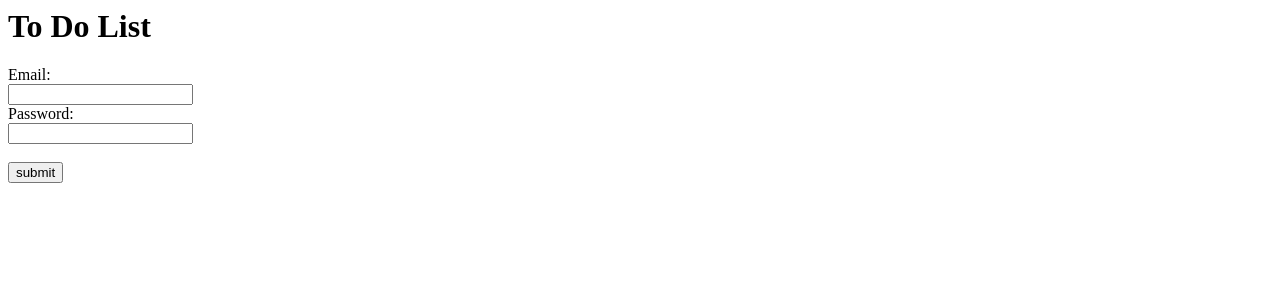
Repository: TharanyaM/Adaptavant--project
Page: Jdo/war/index.html
The author's editor kept a copy of each file at every save. The page is drawn from the files as they stood at one save, then again after the next save.
The browser window is 1280 px wide. The pictures show the whole page.

Above is the page before, as saved 2015-10-20 05:15:24.

### Jdo/war/index.html
<!DOCTYPE HTML PUBLIC "-//W3C//DTD HTML 4.01 Transitional//EN">
<!-- The HTML 4.01 Transitional DOCTYPE declaration-->
<!-- above set at the top of the file will set     -->
<!-- the browser's rendering engine into           -->
<!-- "Quirks Mode". Replacing this declaration     -->
<!-- with a "Standards Mode" doctype is supported, -->
<!-- but may lead to some differences in layout.   -->

<html>
  <head>
    <meta http-equiv="content-type" content="text/html; charset=UTF-8">
    <title>To Do</title>
  </head>

  <body>
    <h1>To Do List</h1>

    <form action="/Login" method="Post" name="form1">

  Email:<br>
  <input type="text" name="email" id="email">
  <br>
  Password:<br>
  <input type="password" name="password" id="password">
  <br><br>
  <input type="submit" value="submit">
</form>
  </body>
</html>

After the next save:
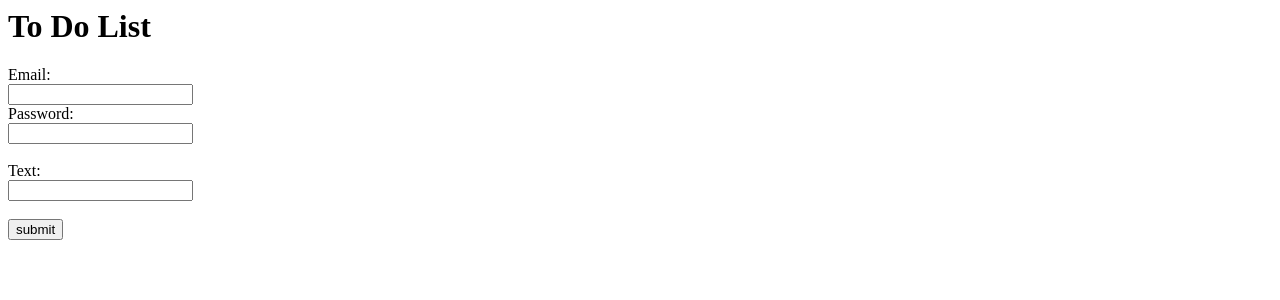
Saved 114 s later.
--- a/Jdo/war/index.html
+++ b/Jdo/war/index.html
@@ -23,6 +23,9 @@
   Password:<br>
   <input type="password" name="password" id="password">
   <br><br>
+  Text:<br>
+  <input type="text" name="table1" id="table1">
+  <br><br>
   <input type="submit" value="submit">
 </form>
   </body>
